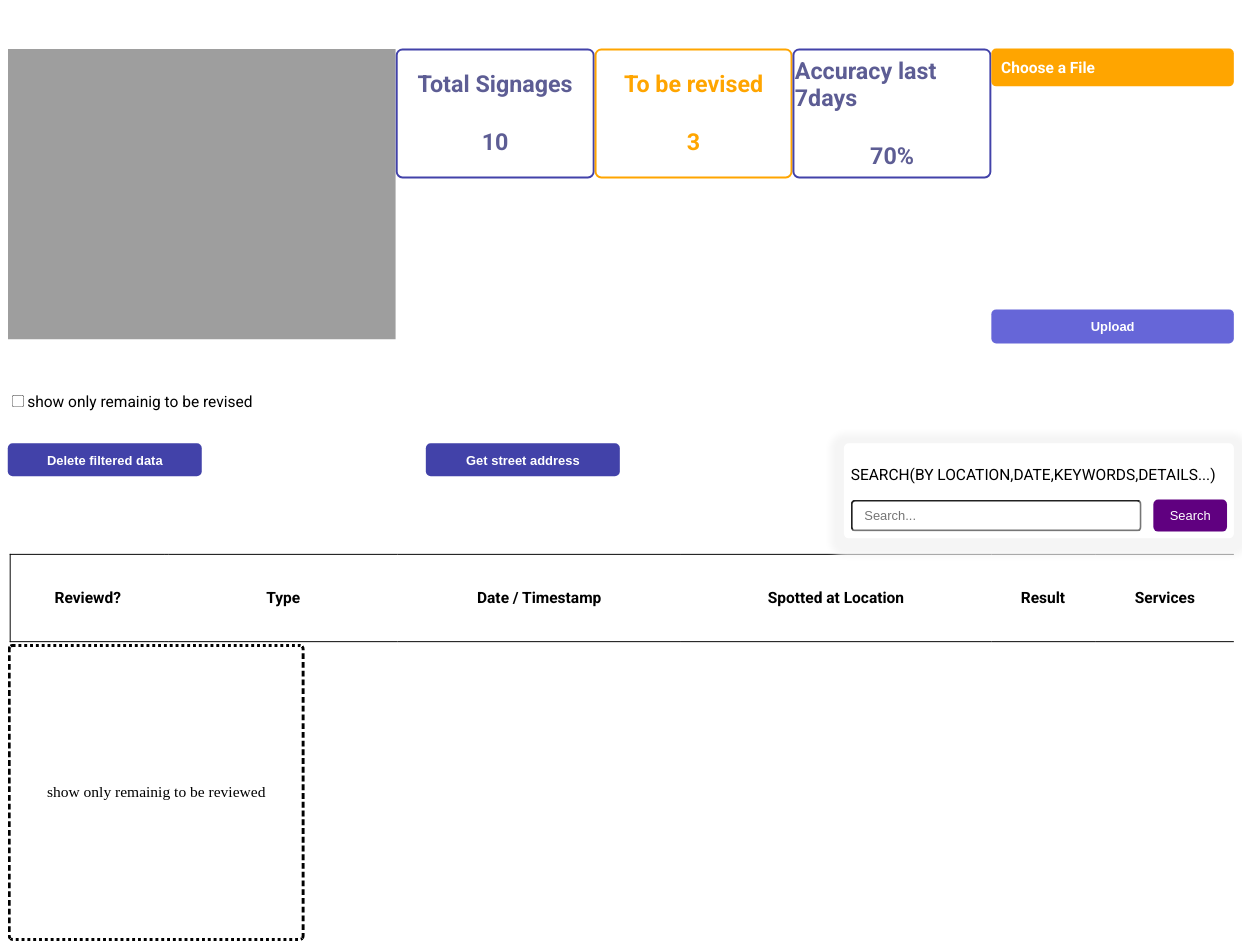
Repository: kalyani179/Kalyani.Builder
Page: /
The author's editor kept a copy of each file at every save. The page is drawn from the files as they stood at one save, then again after the next save.
The browser window is 1280 px wide. The pictures show the whole page, at 97% of full size.
Pictures or frames that could not be fetched are drawn as grey boxes. The page's requests for data from a server got no answer. Some web fonts or font styles are not loaded; a fallback is used. The project was rebuilt for these pictures with package versions that can differ from the ones it lists, and the page was loaded fresh each time. No one was signed in, and anything a server would have sent is missing.

Above is the page before, as saved 2024-01-10 13:50:48.

After the next save:
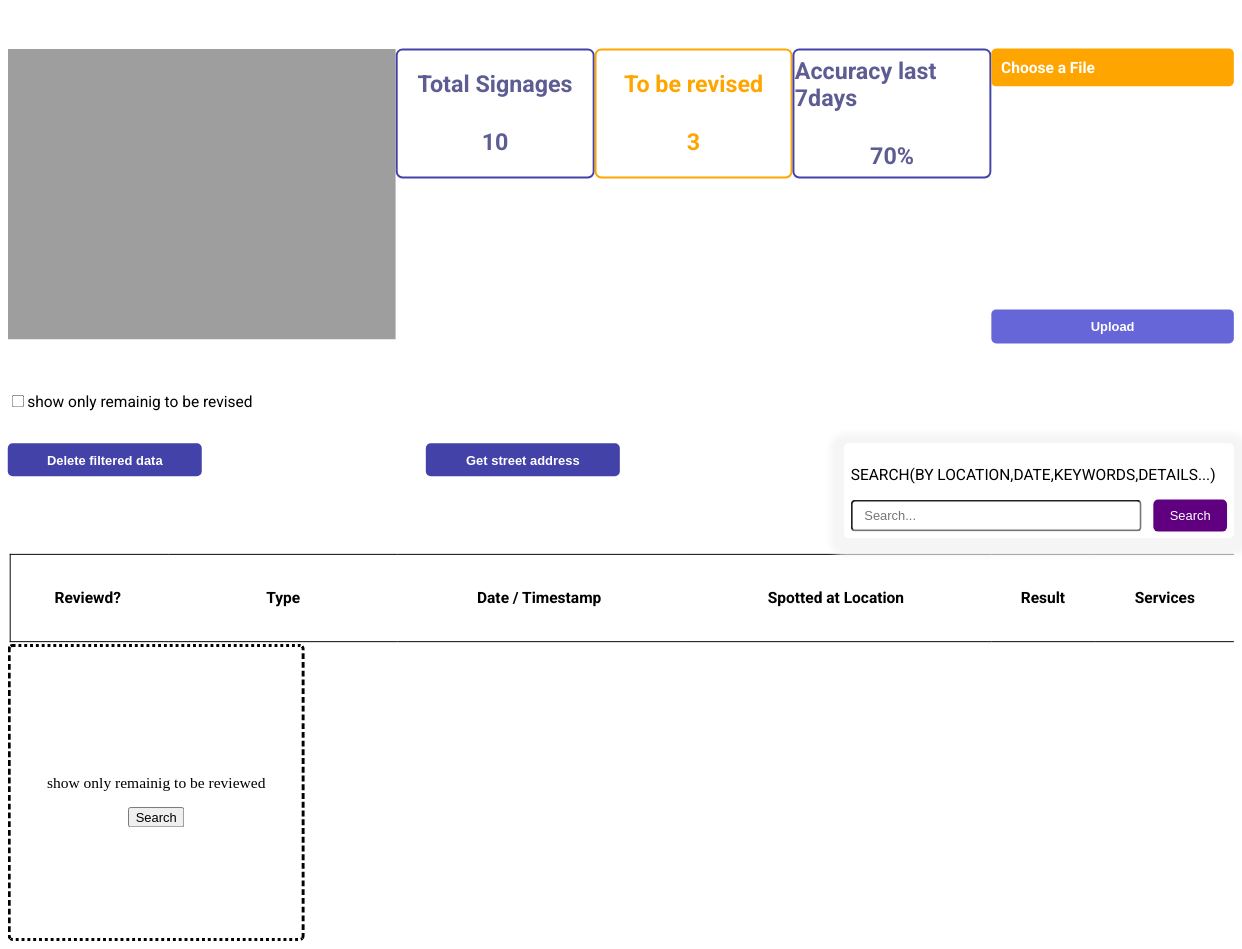
Saved 5 s later.
--- a/src/components/Home.js
+++ b/src/components/Home.js
@@ -318,6 +318,11 @@ const Home = () => {
             <p>show only remainig to be reviewed</p>
           </div>
 
+
+          <div>
+          <button type="button">Search</button>
+          </div>
+
         </div>
 
 
